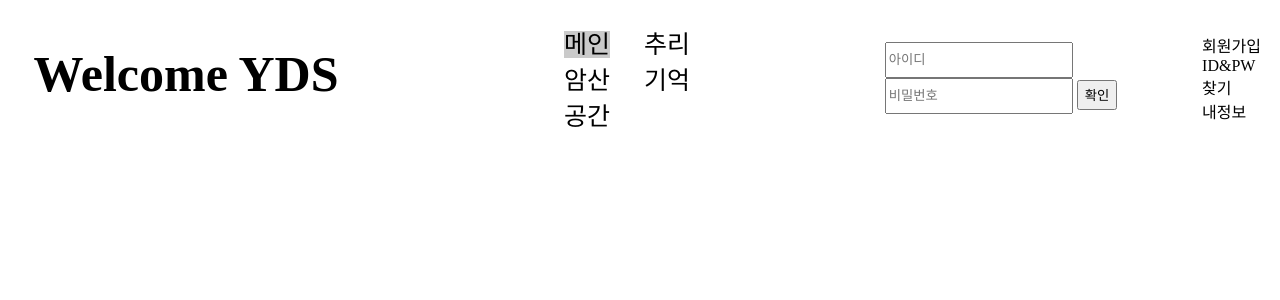
Repository: ejrtn/springbootMaven
Page: deoksu/src/main/resources/static/header.html
The author's editor kept a copy of each file at every save. The page is drawn from the files as they stood at one save, then again after the next save.
The browser window is 1280 px wide. The pictures show the whole page.

Above is the page before, as saved 2021-04-10 17:18:50.

### deoksu/src/main/resources/static/header.html
<!DOCTYPE html>
<html>
<head>
<meta charset="UTF-8">
<title>Insert title here</title>
</head>
<body>
	<table>
		<tr>
			<td style="width: 350px;">
				<h1 align="center" style="font-size: 50px; width: 350px; height:66px; cursor: pointer;" onclick="location.href='/'">Welcome YDS</h1>
			</td>
			<td style="padding-left: 200px; padding-right: 100px; width: 450px;">
				<label style="font-size: 25px; cursor: pointer; background-color: #9e9e9e8c; margin-right: 30px;" onclick="location.href='/'">메인</label>
				<label style="font-size: 25px; cursor: pointer; margin-right: 30px;" onclick="location.href='sudoku'">추리</label>
				<label style="font-size: 25px; cursor: pointer; margin-right: 30px;" onclick="location.href='math'">암산</label>
				<label style="font-size: 25px; cursor: pointer; margin-right: 30px;" onclick="location.href='memorization'">기억</label>
				<label style="font-size: 25px; cursor: pointer; margin-right: 30px;" onclick="location.href='space'">공간</label>
			</td>
				<td style="padding-left: 50px; width: 450px;">
				<input type="text" placeholder="아이디" style="height: 30px; width: 180px;">
				<input type="password" placeholder="비밀번호" style="height: 30px; width: 180px;">
				<input type="button" value="확인" style="height: 30px;">
<!-- 				<label>000님 로그인</label><input type="button" value="로그아웃" style="margin-left: 20px;"> -->
			</td>
			<td style="padding-left: 50px; width: 100px;">
				<label onmouseover="join(1)" onmouseout="join(2)" id="join" style="cursor: pointer;" onclick="joinclick()">회원가입</label><br>
				<label onmouseover="idpw(1)" onmouseout="idpw(2)" id="idpw" style="cursor: pointer;" onclick="idpwclick()">ID&PW찾기</label><br>
				<label onmouseover="info(1)" onmouseout="info(2)" id="info" style="cursor: pointer;" onclick="infoclick()">내정보</label><br>
			</td>
		</tr>
	</table>
</body>
</html>

After the next save:
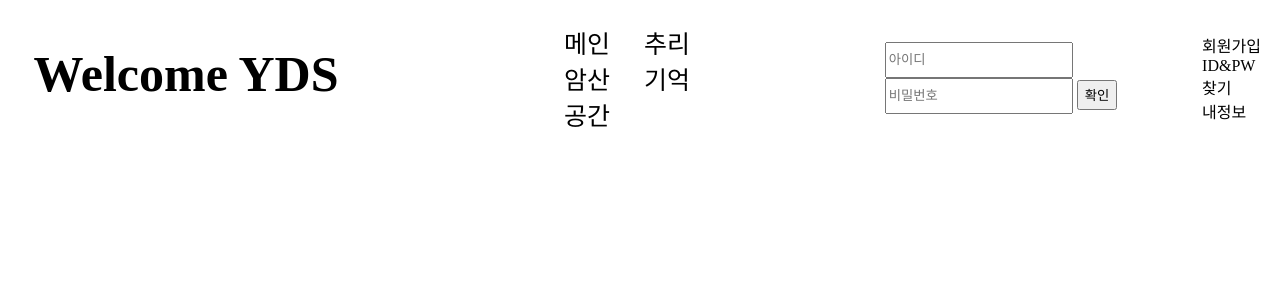
Saved 30 s later.
--- a/deoksu/src/main/resources/static/header.html
+++ b/deoksu/src/main/resources/static/header.html
@@ -11,7 +11,7 @@
 				<h1 align="center" style="font-size: 50px; width: 350px; height:66px; cursor: pointer;" onclick="location.href='/'">Welcome YDS</h1>
 			</td>
 			<td style="padding-left: 200px; padding-right: 100px; width: 450px;">
-				<label style="font-size: 25px; cursor: pointer; background-color: #9e9e9e8c; margin-right: 30px;" onclick="location.href='/'">메인</label>
+				<label style="font-size: 25px; cursor: pointer; margin-right: 30px;" onclick="location.href='/'">메인</label>
 				<label style="font-size: 25px; cursor: pointer; margin-right: 30px;" onclick="location.href='sudoku'">추리</label>
 				<label style="font-size: 25px; cursor: pointer; margin-right: 30px;" onclick="location.href='math'">암산</label>
 				<label style="font-size: 25px; cursor: pointer; margin-right: 30px;" onclick="location.href='memorization'">기억</label>
